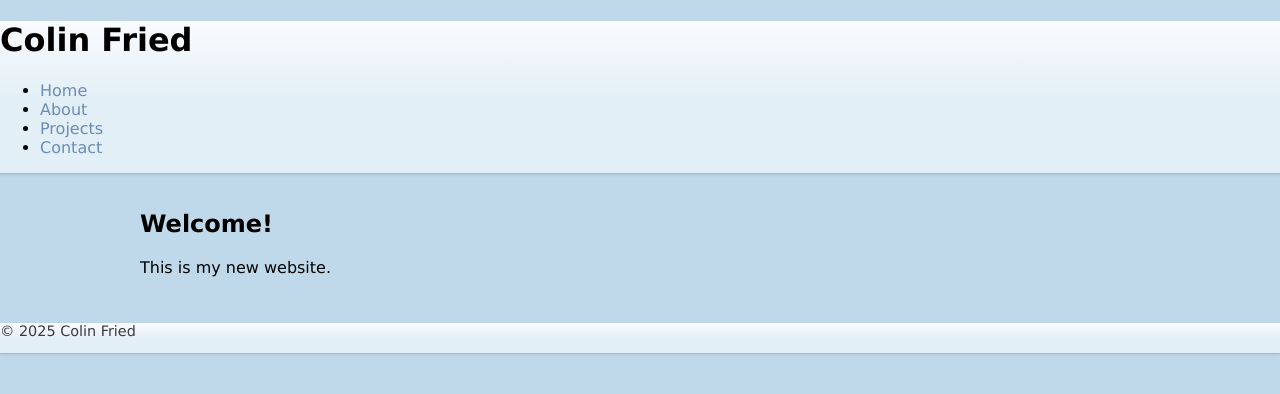
Repository: colinfdsaui/colin
Page: website.html
An editor plug-in stored every save of this project. The page is shown before and after the next save, followed by the edit.
The browser window is 1280 px wide. The pictures show the whole page.

Above is the page before, as saved 2025-07-08 12:15:04.

After the next save:
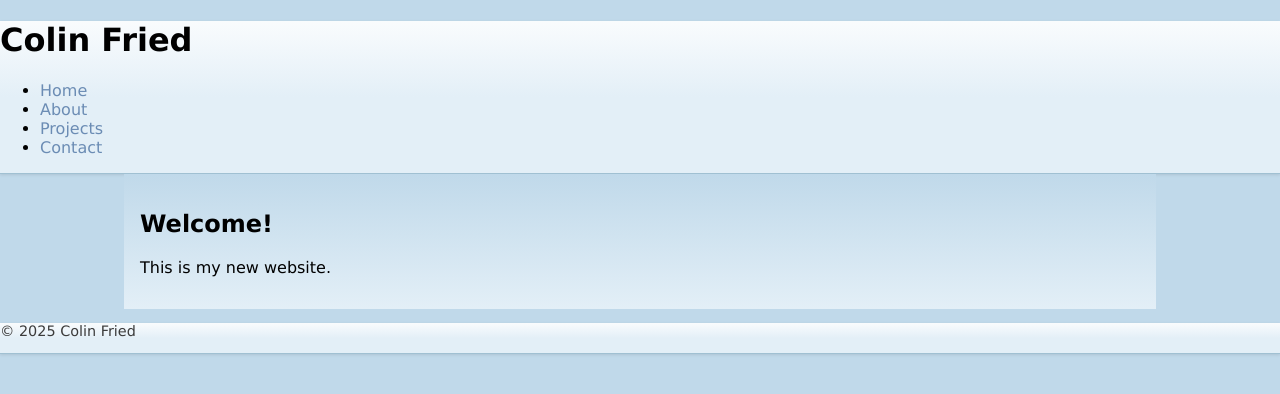
Saved 56 s later.
--- a/styles.css
+++ b/styles.css
@@ -57,6 +57,19 @@ footer {
 }
 
 main {
+  /* fallback fill */
+  background-color: var(--aqua-bg-primary);
+
+  /* layered gradient */
+  background-image: linear-gradient(
+    to bottom,
+    var(--aqua-bg-primary) 0%,
+    var(--aqua-bg-secondary) 100%
+  );
+
+  /* ensure it repeats/tiles correctly */
+  background-repeat: no-repeat;
+  background-size: cover;
   padding:    1rem;
   max-width:  1000px;
   margin:     auto;
